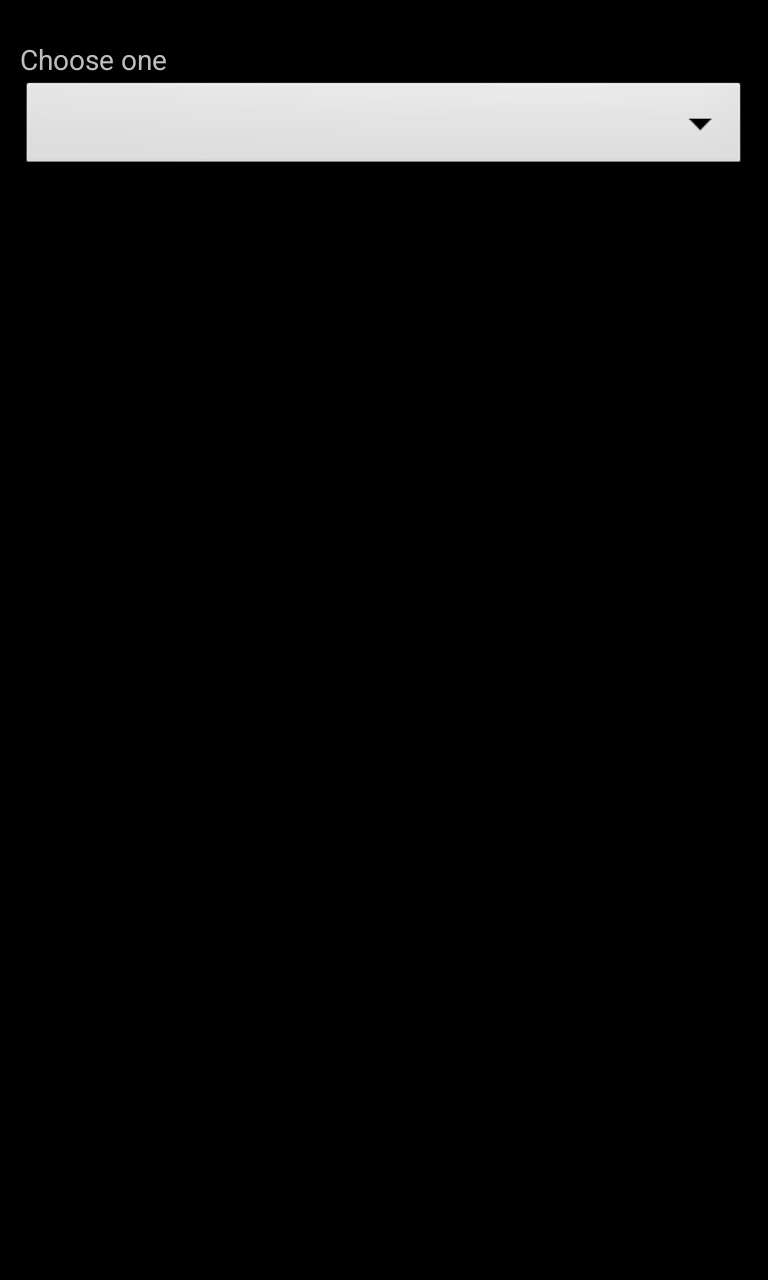
Repository: androportal/APL-apk
Layout: test/dropdown/res/layout/main.xml
An editor plug-in stored every save of this project. The layout is shown before and after the next save, followed by the edit.
It is drawn on a 768 x 1280 px phone screen (xhdpi) without system bars, with theme android:Theme; the app's code is not run.

Above is the layout before, as saved 2012-05-19 06:55:19.

### test/dropdown/res/layout/main.xml
<?xml version="1.0" encoding="utf-8"?>
<LinearLayout xmlns:android="http://schemas.android.com/apk/res/android"
    android:orientation="vertical"
    android:padding="10dip"
    android:layout_width="fill_parent"
    android:layout_height="wrap_content">
    <TextView
        android:layout_width="fill_parent"
        android:layout_height="wrap_content"
        android:layout_marginTop="10dip"
        android:text="@string/lang_prompt"
    />
    <Spinner
        android:id="@+id/spinner"
        android:layout_width="fill_parent"
        android:layout_height="wrap_content"
        android:prompt="@string/lang_prompt"
    />
</LinearLayout>

### test/dropdown/res/values/strings.xml
<?xml version="1.0" encoding="utf-8"?>
<resources>
    <string name="app_name">Select a language type</string>
    <string name="lang_prompt">Choose one </string>
    <string-array name="lang_array">
        <item>Classic</item>
        <item>Practical</item>
        <item>Esoteric</item>
        <item>web</item>

    </string-array>


</resources>

After the next save:
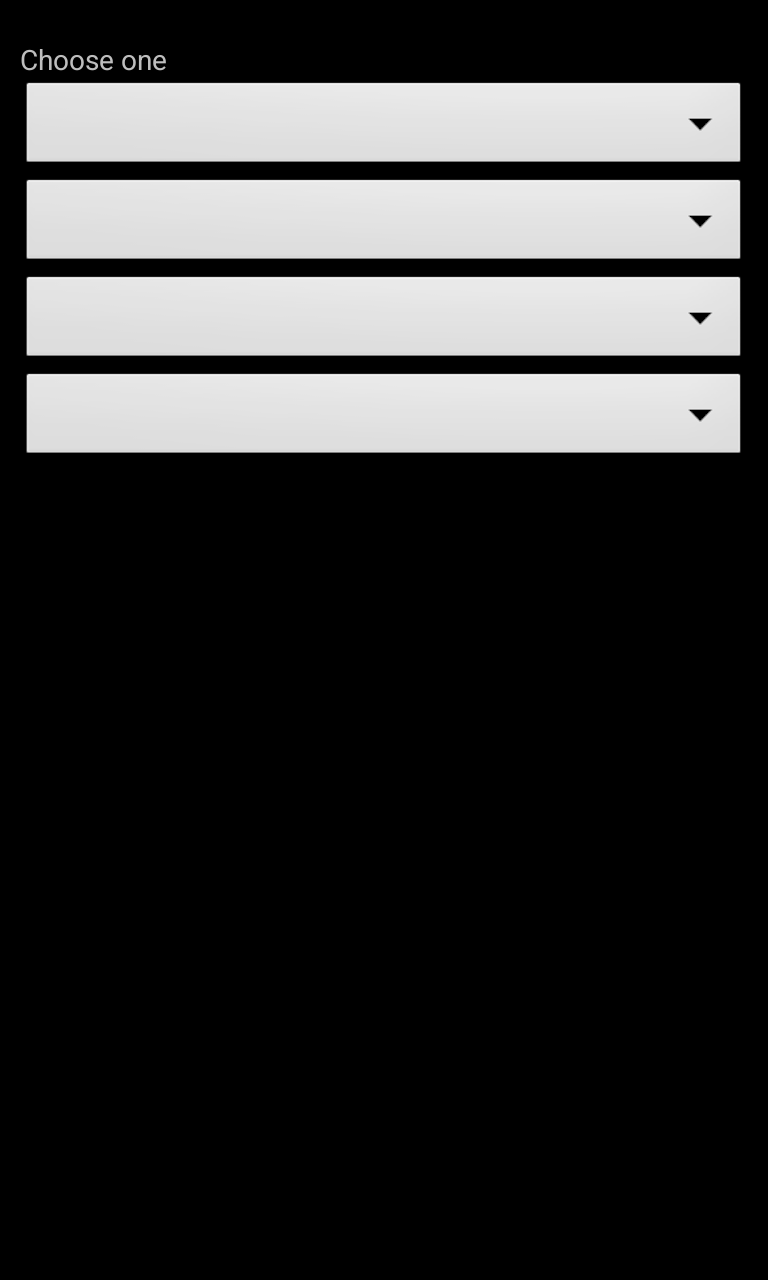
Saved 11 min 8 s later.
--- a/test/dropdown/res/layout/main.xml
+++ b/test/dropdown/res/layout/main.xml
@@ -14,6 +14,24 @@
         android:id="@+id/spinner"
         android:layout_width="fill_parent"
         android:layout_height="wrap_content"
-        android:prompt="@string/lang_prompt"
+                android:prompt="@string/lang_prompt"
+    />
+    <Spinner
+        android:id="@+id/spinner"
+        android:layout_width="fill_parent"
+        android:layout_height="wrap_content"
+                android:prompt="@string/lang_prompt"
+    />
+    <Spinner
+        android:id="@+id/spinner"
+        android:layout_width="fill_parent"
+        android:layout_height="wrap_content"
+                android:prompt="@string/lang_prompt"
+    />
+    <Spinner
+        android:id="@+id/spinner"
+        android:layout_width="fill_parent"
+        android:layout_height="wrap_content"
+                android:prompt="@string/lang_prompt"
     />
 </LinearLayout>
